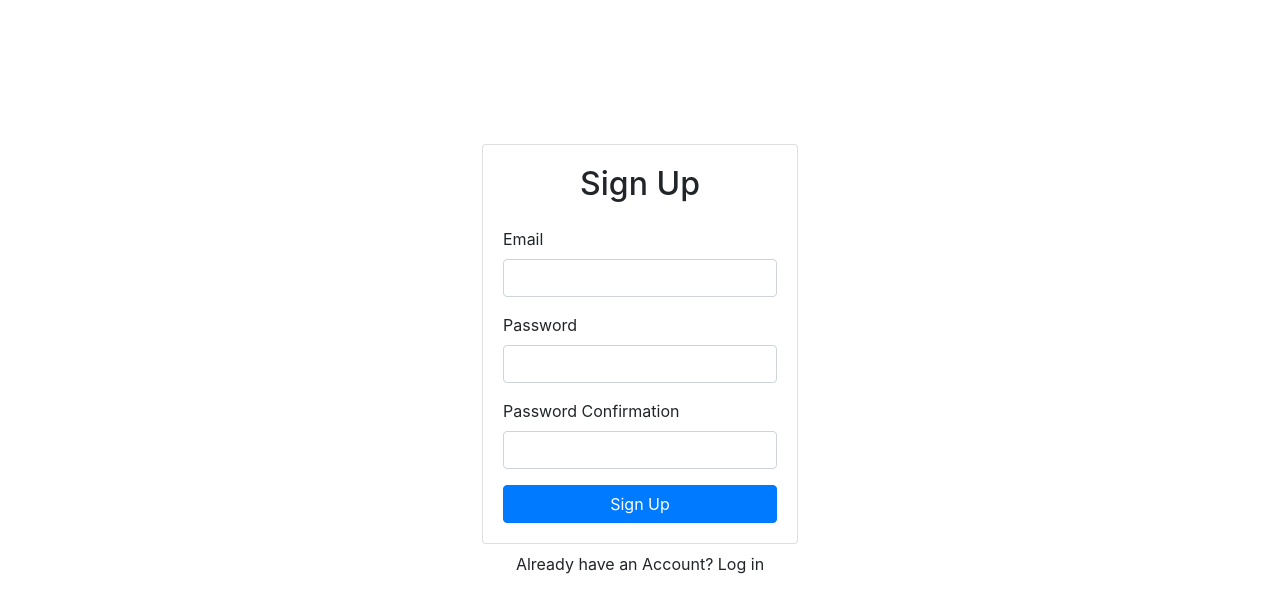
Repository: JonoBowenDev/firebase-tutorial
Page: /
The author's editor kept a copy of each file at every save. The page is drawn from the files as they stood at one save, then again after a run of saves.
The browser window is 1280 px wide. The pictures show the whole page.
The project was rebuilt for these pictures with package versions that can differ from the ones it lists, and the page was loaded fresh each time.

Above is the page before, as saved 2021-03-11 13:51:12.

### src/index.js
import React from 'react';
import ReactDOM from 'react-dom';
import App from './components/App';
import "bootstrap/dist/css/bootstrap.min.css";

ReactDOM.render(
  <React.StrictMode>
    <App />
  </React.StrictMode>,
  document.getElementById('root')
);

### src/components/App.js
import SignUp from "./SignUp";
import { Container } from "react-bootstrap";

function App() {
  return (
    <Container className="d-flex align-items-center justify-content-center"
    style={{ minHeight: "100vh"}}>
    <SignUp />
    </Container>
  );
}

export default App;

### src/components/SignUp.js
import React, { useState, useRef } from 'react'
import { Form, Button, Card } from 'react-bootstrap'

export default function SignUp() {

    const emailRef = useRef();
    const passwordRef = useRef();
    const passwordConfirmRef = useRef();

    return (
        <div>
        <Card>
            <Card.Body>
                <h2 className="text-center mb-4">Sign Up</h2>
                <Form>
                    <Form.Group id="email">
                        <Form.Label>Email</Form.Label>
                        <Form.Control type="email" ref={emailRef} required />
                    </Form.Group>
                    <Form.Group id="password">
                        <Form.Label>Password</Form.Label>
                        <Form.Control type="password" ref={passwordRef} required />
                    </Form.Group>
                    <Form.Group id="password-confirm">
                        <Form.Label>Password Confirmation</Form.Label>
                        <Form.Control type="password" ref={passwordConfirmRef} required />
                    </Form.Group>
                    <Button className="w-100" type="submit">
                        Sign Up
                    </Button>
                </Form>
            </Card.Body>
        </Card>
        <div className="w-100 text-center mt-2">
            Already have an Account? Log in
        </div>
        </div>
    )
}

Loaded but not shown: public/index.html (common file)

After the next 3 saves:
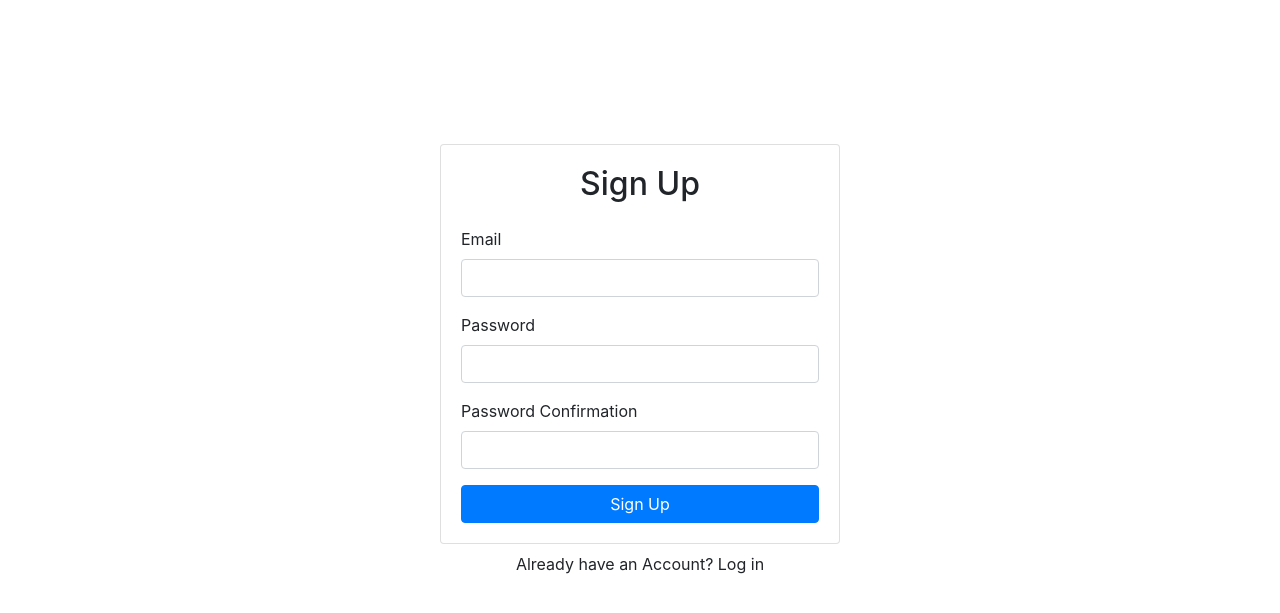
The 3 saves are shown as one change because 2 did not build or start.
The last was saved 48 s later.
--- a/src/components/App.js
+++ b/src/components/App.js
@@ -5,7 +5,9 @@ function App() {
   return (
     <Container className="d-flex align-items-center justify-content-center"
     style={{ minHeight: "100vh"}}>
+    <div className="w-100" style={{maxWidth: "400px"}}>
     <SignUp />
+    </div>
     </Container>
   );
 }
